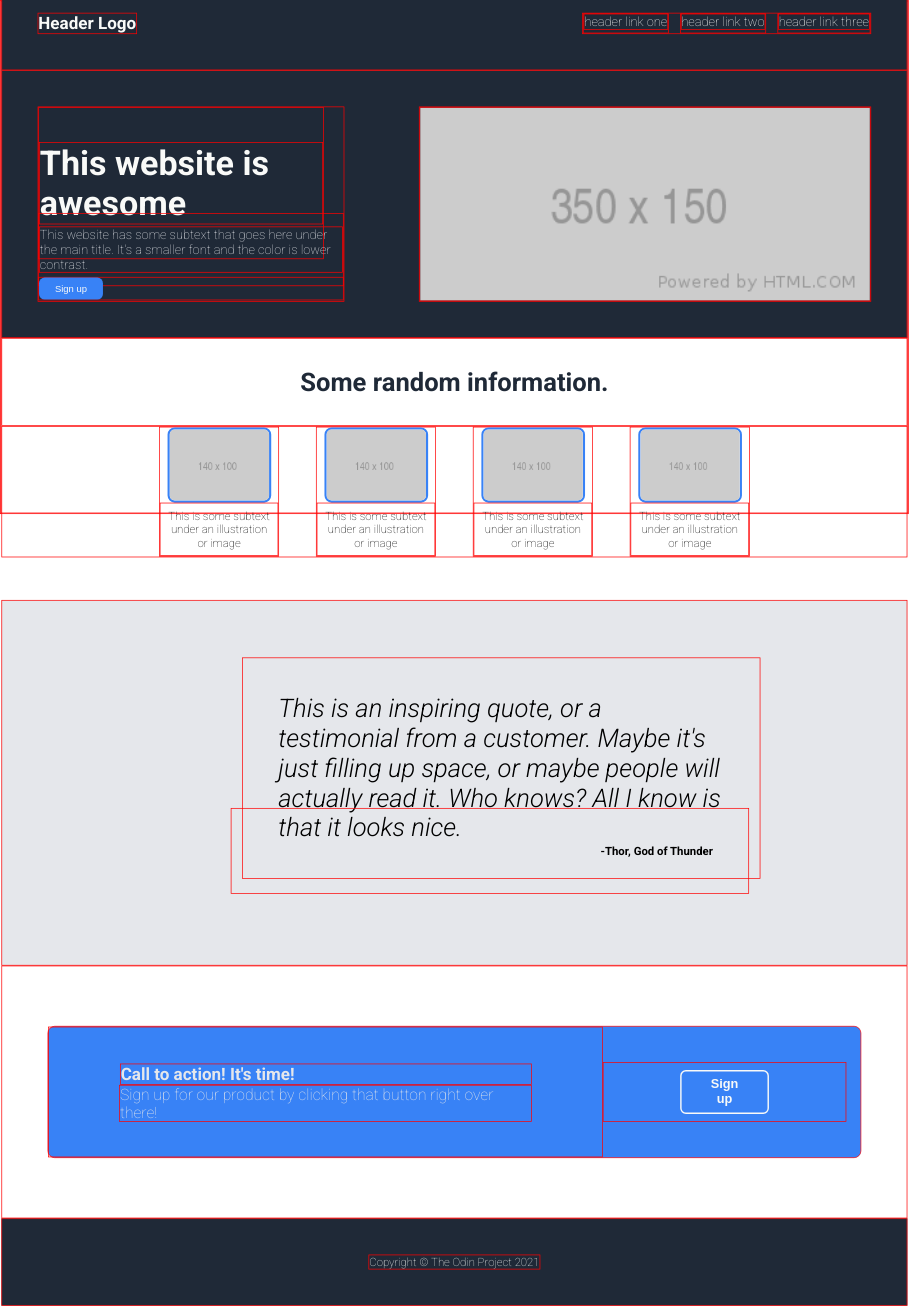
Repository: weazzyefff/The-Landing-Page
Page: index.html
These files come from the project's save history. The page is drawn as it stood at one moment and after the next save; the edit follows.
The browser window is 1280 px wide. The pictures show the whole page, at 71% of full size.

Above is the page before, as saved 2022-11-01 16:34:55.
Not found: index.js

After the next save:
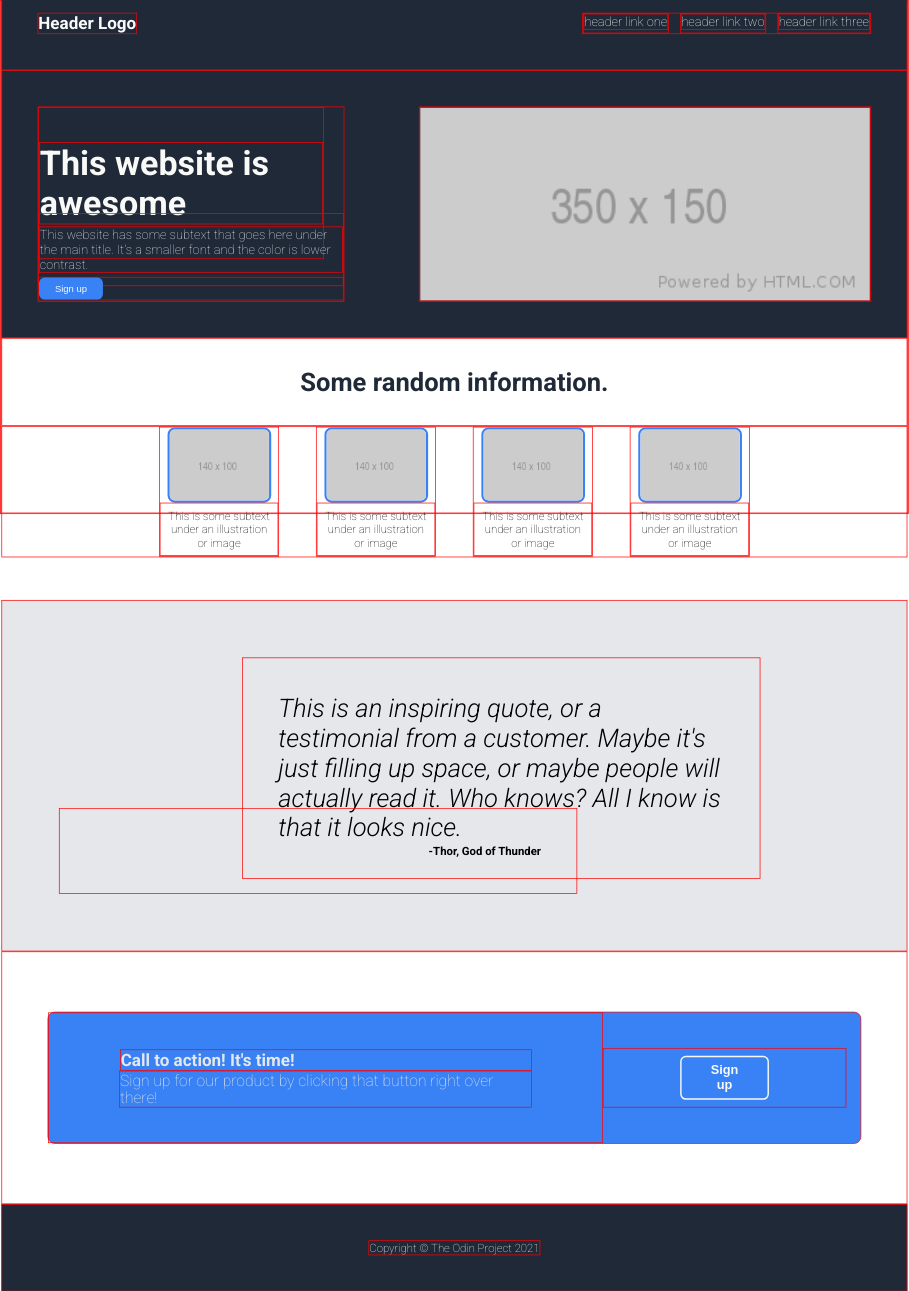
Saved 12 min 13 s later.
--- a/css/styles.css
+++ b/css/styles.css
@@ -168,8 +168,7 @@ ul {
 }
 
 .quotee {
-    margin-left: 242px;
-    margin-bottom: 20px;
+
     display: flex;
     justify-content: right;
     margin-top: -120px;
